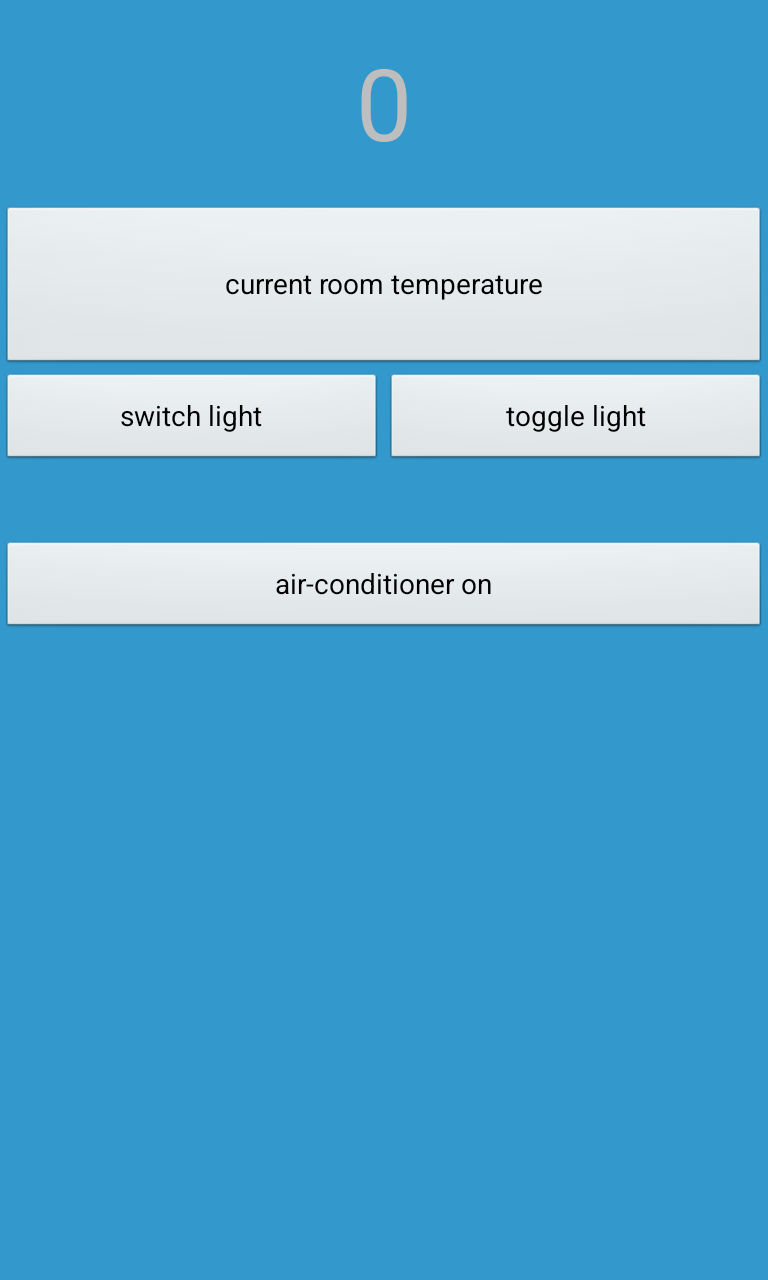
Repository: Sorally/programming-projects
Layout: android/com.sorally.autohome/res/layout/main.xml
The author's editor kept a copy of each file at every save. The layout is drawn from the files as they stood at one save, then again after the next save.
It is drawn on a 768 x 1280 px phone screen (xhdpi) without system bars, with theme android:Theme; the app's code is not run.

Above is the layout before, as saved 2011-05-07 14:05:07.

After the next save:
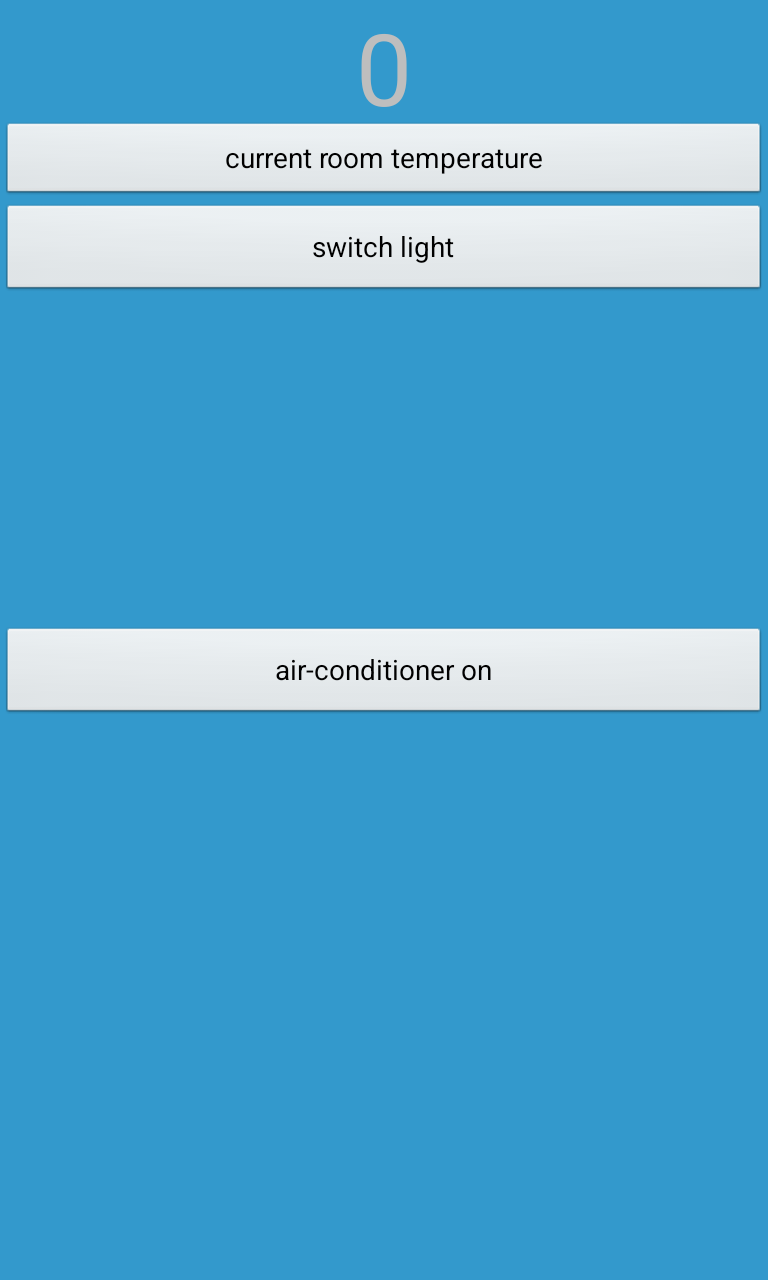
Saved 22 s later.
--- a/android/com.sorally.autohome/res/layout/main.xml
+++ b/android/com.sorally.autohome/res/layout/main.xml
@@ -7,8 +7,8 @@
     <Button android:id="@+id/button1" android:text="@string/checkTemp" android:onClick="checkTemperature" android:layout_weight="1" android:layout_height="wrap_content" android:layout_width="match_parent" android:layout_gravity="fill"></Button>
 
     <TableRow android:layout_height="wrap_content" android:id="@+id/tableRow2" android:layout_width="match_parent" android:baselineAligned="false" android:layout_weight="1">
-	    <Button android:id="@+id/button2" android:text="@string/switchLight" android:onClick="switchLight" android:layout_weight="1" android:layout_height="wrap_content" android:layout_width="match_parent" android:layout_gravity="fill"></Button>
-	    <Button android:id="@+id/button5" android:text="@string/toggleLight" android:onClick="toggleLight" android:layout_weight="1" android:layout_height="wrap_content" android:layout_width="match_parent" android:layout_gravity="fill"></Button>
+	    <Button android:id="@+id/button2" android:text="@string/switchLight" android:onClick="switchLight"></Button>
+	    <Button android:id="@+id/button5" android:text="@string/toggleLight" android:onClick="toggleLight"></Button>
     </TableRow>
 
     <TableRow android:layout_height="wrap_content" android:id="@+id/tableRow1" android:layout_width="match_parent" android:layout_weight="1" android:baselineAligned="false">
